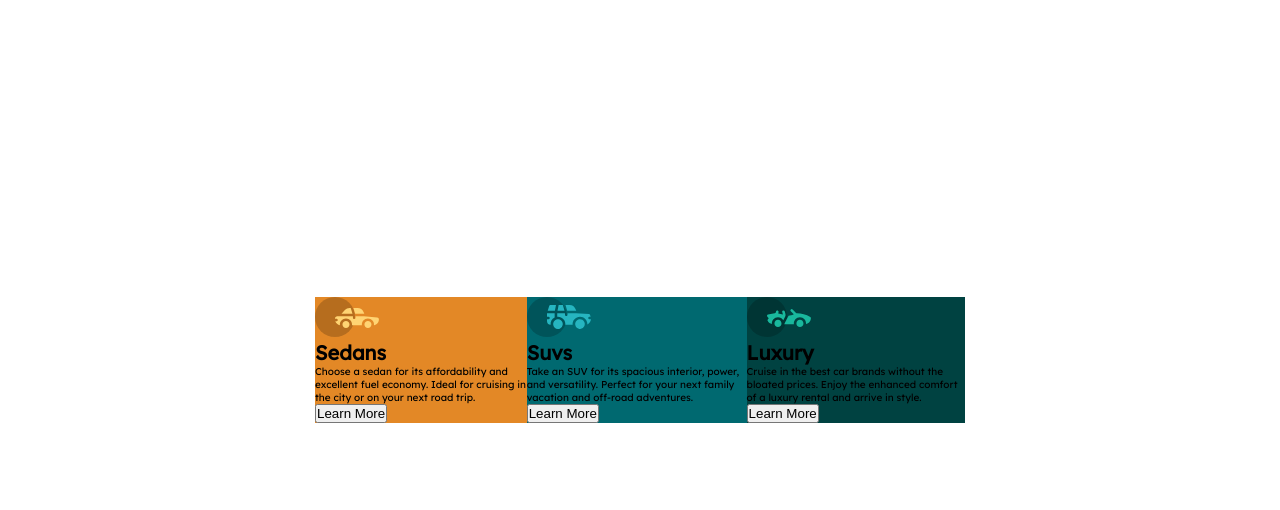
Repository: thaibaocoder1/3-column-card
Page: index.html
An editor plug-in stored every save of this project. The page is shown before and after the next save, followed by the edit.
The browser window is 1280 px wide. The pictures show the whole page.

Above is the page before, as saved 2023-01-11 20:53:00.

After the next save:
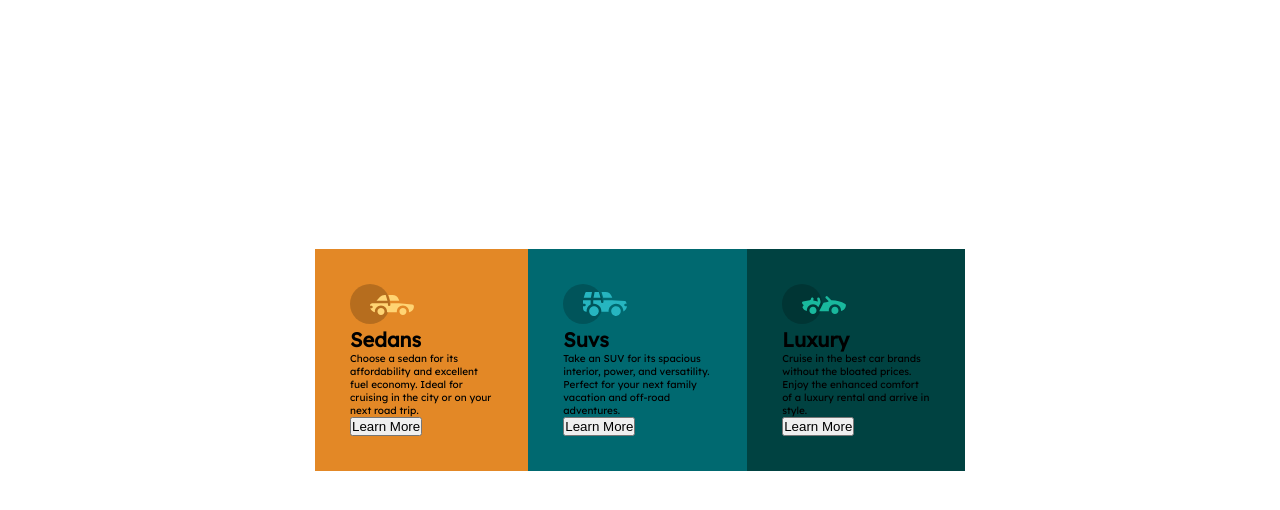
Saved 70 s later.
--- a/styles.css
+++ b/styles.css
@@ -40,3 +40,6 @@
 .container .container__box--three {
     background-color: var(--very-dark-cyan);
 }
+.container .container__box {
+    padding: 3.5rem;
+}
